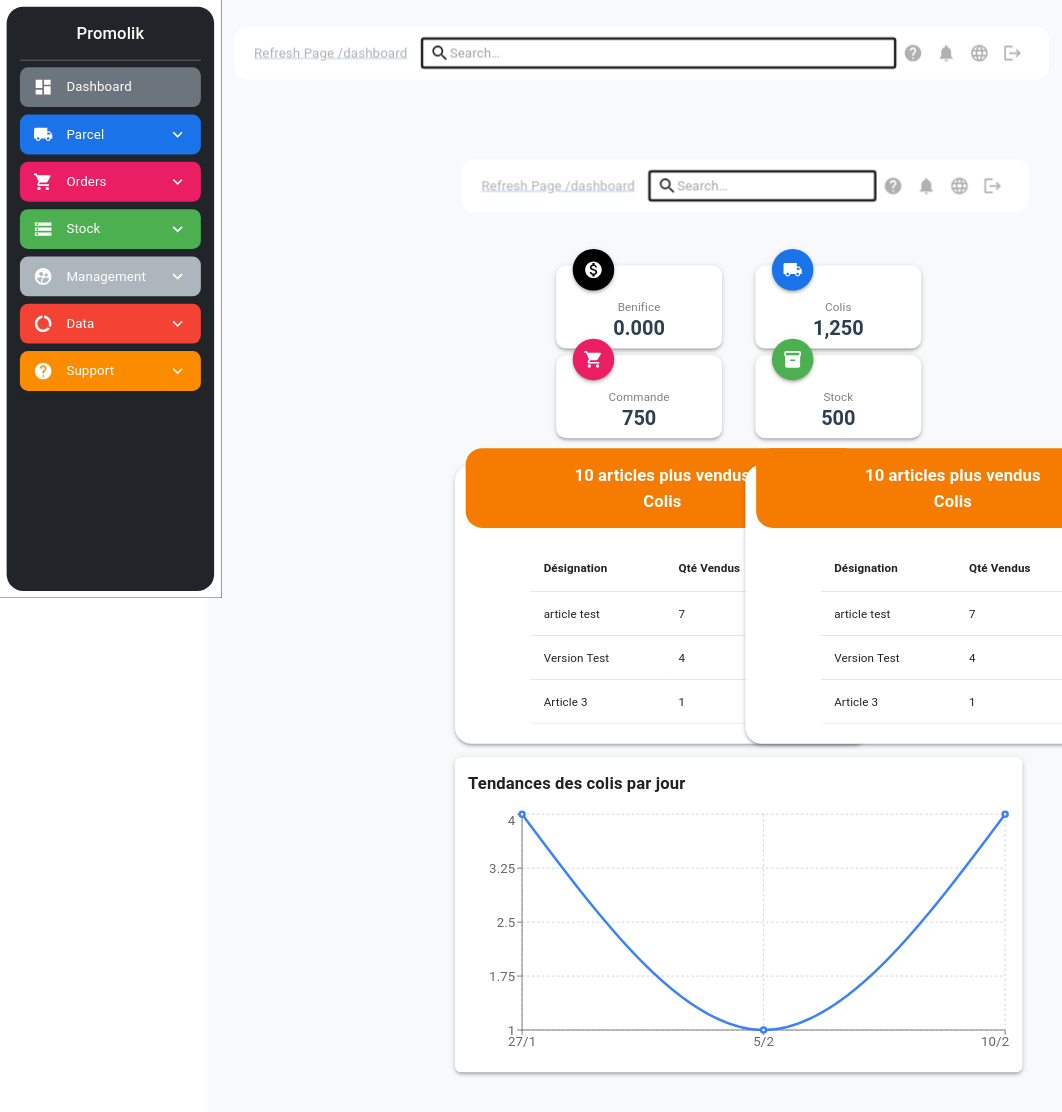
Repository: yosrjdly/stk
Page: /dashboard (app in dashboard/)
The author's editor kept a copy of each file at every save. The page is drawn from the files as they stood at one save, then again after a run of saves.
The browser window is 1280 px wide. The pictures show the whole page, at 83% of full size.
The project was rebuilt for these pictures with package versions that can differ from the ones it lists, and the page was loaded fresh each time. The framework's server and built-in components were replaced by stand-ins that run in the browser. Also part of the build but not shown: dashboard/next.config.ts.

Above is the page before, as saved 2025-02-16 17:07:22.

### dashboard/src/app/dashboard/Layout.tsx
"use client";

import { Box, CssBaseline, Toolbar } from "@mui/material";
import Sidebar from "../../componenets/sidebar/SideBar";
import Navbar from "../../componenets/navbar/Navbar"; // Assuming you have a Navbar component
import { ReactNode } from "react";

interface LayoutProps {
  children: ReactNode;
}

export default function Layout({ children }: LayoutProps) {
  return (
    <Box sx={{ display: "flex" }}>
      <CssBaseline />

      {/* Sidebar (Permanent) */}
      <Sidebar />

      {/* Main Content Area */}
      <Box
        component="main"
        sx={{

          flexGrow: 1,
          p: 3,
          width: `calc(100% - 250px)`, // Adjusting main content width to fit sidebar
          backgroundColor: "#f8f9fa",
          minHeight: "100vh",
        }}
      >
        {/* Navbar */}
        <Navbar />

        {/* Page Content */}
        <Toolbar /> {/* Keeps content from being hidden behind Navbar */}
        {children}
      </Box>
    </Box>
  );
}

### dashboard/src/app/dashboard/page.tsx
import DashboardStats from "@/componenets/cards/smallCard/StatisticCard";
import Layout from "../dashboard/Layout";
import TopSellingCard from "../../componenets/cards/mediumCard/TopSellingCard";
import Chart from "../../componenets/Charts/Chart";
import { Box, Grid } from "@mui/material";

export default function DashboardHome() {
  return (
    <Layout>
      {/* Stats at the top */}
      <Box sx={{ mb: 4 }}>
        <DashboardStats />
      </Box>

      {/* Two TopSellingCards in one row */}
      <Grid container spacing={2} sx={{ mb: 2 }}>
        <Grid item xs={12} md={6}>
          <TopSellingCard />
        </Grid>
        <Grid item xs={12} md={6}>
          <TopSellingCard />
        </Grid>
      </Grid>

      {/* Chart below */}
      <Box>
        <Chart />
      </Box>
    </Layout>
  );
}

### dashboard/src/componenets/sidebar/SideBar.tsx
"use client";

import { useState } from "react";
import { useRouter, usePathname } from "next/navigation";
import {
  Drawer,
  List,
  ListItemButton,
  ListItemText,
  Collapse,
  Divider,
  Typography,
  Box,
  IconButton,
} from "@mui/material";
import { ExpandLess, ExpandMore, Brightness4, Brightness7 } from "@mui/icons-material";
import DashboardIcon from '@mui/icons-material/Dashboard';
import LocalShippingIcon from '@mui/icons-material/LocalShipping';
import ShoppingCartIcon from '@mui/icons-material/ShoppingCart';
import StorageIcon from '@mui/icons-material/Storage';
import SupervisedUserCircleIcon from '@mui/icons-material/SupervisedUserCircle';
import DataUsageIcon from '@mui/icons-material/DataUsage';
import HelpIcon from '@mui/icons-material/Help';

const menuItems = [
  {
    title: "Dashboard",
    path: "/dashboard",
    color: "#6c757d",
    icon: <DashboardIcon />,
  },
  {
    title: "Parcel",
    subItems: [
      { title: "Statistique", path: "/parcel/statistical" },

      { title: "Exchange List", path: "/parcel/exchangeList" },
      { title: "Search", path: "/parcel/search" },

      { title: "Exchange Return", path: "/dashboard/parcel/exchangeReturn" },
      { title: "Exchange Creation", path: "/dashboard/parcel/exchangeCreation" },
      { title: "Package Creation", path: "/dashboard/parcel/packageCreation" },
      { title: "Package Edit", path: "/dashboard/parcel/packageEdit" },
      { title: "Package List", path: "/dashboard/parcel/packageList" },
      { title: "Parcel Return", path: "/dashboard/parcel/parcelReturn" },

    ],
    color: "#1a73e8",
    icon: <LocalShippingIcon />,
  },
  {
    title: "Orders",
    subItems: [
      { title: "Cash Sale", path: "/dashboard/orders/cashSale" },
      { title: "Orders", path: "/dashboard/orders/orders" },
    ],
    color: "#e91e63",
    icon: <ShoppingCartIcon />,
  },
  {
    title: "Stock",
    subItems: [
      { title: "Add Article", path: "/dashboard/stock/addArticle" },
      { title: "Entred Stock", path: "/dashboard/stock/entredStock" },
      { title: "Notification", path: "/dashboard/stock/notification" },
      { title: "Stock", path: "/dashboard/stock/stock" },
    ],
    color: "#4caf50",
    icon: <StorageIcon />,
  },
  {
    title: "Management",
    subItems: [
      { title: "Delivery Company", path: "/manegement/deliveryCompany" },
      { title: "Profile", path: "/dashboard/management/profile" },
      { title: "Profit", path: "/dashboard/management/profit" },
      { title: "Spending", path: "/dashboard/management/spending" },
      { title: "User", path: "/dashboard/management/user" },
    ],
    color: "#adb5bd",
    icon: <SupervisedUserCircleIcon />,
  },
  {
    title: "Data",
    subItems: [
      { title: "Archived Parcel", path: "/dashboard/data/archivedParcel" },
      { title: "Command Deleted", path: "/dashboard/data/commandDeleted" },
      { title: "Deleted Parcel", path: "/dashboard/data/deletedParcel" },
      { title: "Inventory Removed", path: "/dashboard/data/inventoryRemoved" },
    ],
    color: "#f44335",
    icon: <DataUsageIcon />,
  },
  {
    title: "Support",
    subItems: [
      { title: "About Us", path: "/dashboard/support/aboutUs" },
      { title: "Claims", path: "/dashboard/support/claims" },
      { title: "User Guide", path: "/dashboard/support/userGuide" },
    ],
    color: "#fb8c00",
    icon: <HelpIcon />,
  },
];

export default function Sidebar() {
  const router = useRouter();
  const pathname = usePathname();
  const [openSections, setOpenSections] = useState<Record<string, boolean>>({});

  const toggleSection = (title: string) => {
    setOpenSections((prev) => ({
      ...prev,
      [title]: !prev[title],
    }));
  };

  return (
    <Drawer variant="permanent" sx={{ width: 250, flexShrink: 0, marginTop: 2 }}>
      <Box sx={{ height: "100%", width: 250, padding: 2, backgroundColor: "#212529", borderRadius: 5, margin: 1 }}>
        <Typography variant="h6" sx={{ color: "white", textAlign: "center", mb: 2 }}>
          Promolik
        </Typography>
        <Divider sx={{ backgroundColor: "#6c757d" }} />
        <List>
          {menuItems.map((item, index) => {
            const isParentActive = item.subItems?.some((subItem) => pathname === subItem.path);

            return (
              <div key={index}>
                {item.subItems ? (
                  <>
                    <ListItemButton
                      sx={{
                        backgroundColor: item.color,
                        borderRadius: "10px",
                        marginBottom: 1,
                        color: "white",
                      }}
                      onClick={() => toggleSection(item.title)}
                    >
                      {item.icon}
                      <ListItemText primary={item.title} sx={{ ml: 2 }} />
                      {openSections[item.title] ? <ExpandLess /> : <ExpandMore />}
                    </ListItemButton>
                    <Collapse in={openSections[item.title]} timeout="auto" unmountOnExit>
                      <List component="div" disablePadding>
                        {item.subItems.map((subItem, subIndex) => (
                          <ListItemButton
                            key={subIndex}
                            sx={{
                              pl: 4,
                              backgroundColor: pathname === subItem.path ? item.color : "transparent",
                              borderRadius: pathname === subItem.path ? "10px" : "0px",
                              marginBottom: 1,
                              color: pathname === subItem.path ? "white" : "#ccc",
                            }}
                            onClick={() => router.push(subItem.path)}
                          >
                            <ListItemText primary={subItem.title} />
                          </ListItemButton>
                        ))}
                      </List>
                    </Collapse>
                  </>
                ) : (
                  <ListItemButton
                    sx={{
                      backgroundColor: pathname === item.path ? item.color : "transparent",
                      borderRadius: pathname === item.path ? "10px" : "0px",
                      marginBottom: 1,
                      color: pathname === item.path ? "white" : "#ccc",
                    }}
                    onClick={() => router.push(item.path)}
                  >
                    {item.icon}
                    <ListItemText primary={item.title} sx={{ ml: 2 }} />
                  </ListItemButton>
                )}
                <Divider />
              </div>
            );
          })}
        </List>
      </Box>
    </Drawer>
  );
}

### dashboard/src/componenets/navbar/Navbar.tsx
'use client';

import React, { useState, useEffect } from 'react';
import { AppBar, Toolbar, IconButton, InputBase, Menu, MenuItem, Link } from '@mui/material';
import { Search as SearchIcon, Help as HelpIcon, Notifications as NotificationsIcon, Language as LanguageIcon, Logout as LogoutIcon } from '@mui/icons-material';
import { useRouter,usePathname } from 'next/navigation';

const Navbar = () => {
  const [anchorEl, setAnchorEl] = useState(null);
  const [isClient, setIsClient] = useState(false);
    const pathname = usePathname();
    console.log("pathname",pathname)
   // state to ensure client-side execution
  const router = useRouter();
  console.log("router ",router) // Use `useRouter` directly

  useEffect(() => {
    // Ensure that we're on the client side by checking for window
    setIsClient(true);
  }, []);

  const handleMenuOpen = (event) => {
    setAnchorEl(event.currentTarget);
  };

  const handleMenuClose = () => {
    setAnchorEl(null);
  };

  const handleRefresh = () => {
    window.location.reload();
  };

  if (!isClient) {
    return null; // return null while waiting for the client-side execution
  }

  return (
    <AppBar
      position="sticky"
      sx={{
        mx: 1,
        mt: 1,
        borderRadius: '16px',
        boxShadow: 'none',
        backdropFilter: 'blur(10px)',
        zIndex: 1200,
        backgroundColor: '#ffff',
      }}
    >
      <Toolbar>
        {/* Refresh Link and Current Route */}
        <Link
          component="button"
          sx={{ color: '#B0B0B0', marginRight: '16px' }}
          onClick={handleRefresh}
        >
          Refresh Page {pathname}
          {console.log(router)}
        </Link>

        {/* Search Bar */}
        <InputBase
          placeholder="Search…"
          startAdornment={<SearchIcon />}
          sx={{ flexGrow: 1,border:'solid ', borderRadius: '4px', paddingLeft: '8px' }}
        />

        {/* Help Icon */}
        <IconButton color="inherit" onClick={handleMenuOpen} sx={{ color: '#B0B0B0' }}>
          <HelpIcon />
        </IconButton>

        {/* Notifications Icon */}
        <IconButton color="inherit" sx={{ color: '#B0B0B0' }}>
          <NotificationsIcon />
        </IconButton>

        {/* Language Icon */}
        <IconButton color="inherit" sx={{ color: '#B0B0B0' }}>
          <LanguageIcon />
        </IconButton>

        {/* Logout Icon */}
        <IconButton color="inherit" sx={{ color: '#B0B0B0' }}>
          <LogoutIcon />
        </IconButton>
      </Toolbar>

      {/* Help Icon Menu */}
      <Menu
        anchorEl={anchorEl}
        open={Boolean(anchorEl)}
        onClose={handleMenuClose}
      >
        <MenuItem onClick={handleMenuClose}>Help Center</MenuItem>
        <MenuItem onClick={handleMenuClose}>Contact Support</MenuItem>
      </Menu>
    </AppBar>
  );
};

export default Navbar;

### dashboard/src/componenets/cards/smallCard/StatisticCard.tsx
'use client';

import React from 'react';
import { Card, CardContent, Typography, Box } from '@mui/material';
import MonetizationOnIcon from '@mui/icons-material/MonetizationOn';
import LocalShippingIcon from '@mui/icons-material/LocalShipping';
import ShoppingCartIcon from '@mui/icons-material/ShoppingCart';
import InventoryIcon from '@mui/icons-material/Inventory';

const StatisticCard = ({
  title,
  value,
  icon,
  bgColor,
}: {
  title: string;
  value: string;
  icon: React.ReactNode;
  bgColor: string;
}) => {
  return (
    <Box sx={{ position: 'relative', display: 'inline-block', mx: 2 }}>
      {/* Floating Icon */}
      <Box
        sx={{
          position: 'absolute',
          top: -20,
          left: 20,
          width: 50,
          height: 50,
          borderRadius: '50%',
          backgroundColor: bgColor,
          display: 'flex',
          alignItems: 'center',
          justifyContent: 'center',
          boxShadow: 3,
        }}
      >
        {icon}
      </Box>

      {/* Card */}
      <Card
        sx={{
          width: 200,
          height: 100,
          borderRadius: 3,
          textAlign: 'center',
          boxShadow: 3,
          backgroundColor: 'white',
          pt: 3,
        }}
      >
        <CardContent>
          <Typography variant="body2" sx={{ color: 'gray' }}>
            {title}
          </Typography>
          <Typography variant="h5" sx={{ fontWeight: 'bold', color: '#2D3E50' }}>
            {value}
          </Typography>
        </CardContent>
      </Card>
    </Box>
  );
};

const DashboardStats = () => {
  const stats = [
    { title: 'Benifice', value: '0.000', icon: <MonetizationOnIcon sx={{ color: 'white' }} />, bgColor: 'black' },
    { title: 'Colis', value: '1,250', icon: <LocalShippingIcon sx={{ color: 'white' }} />, bgColor: '#1a73e8' },
    { title: 'Commande', value: '750', icon: <ShoppingCartIcon sx={{ color: 'white' }} />, bgColor: '#e91e63' },
    { title: 'Stock', value: '500', icon: <InventoryIcon sx={{ color: 'white' }} />, bgColor: '#4caf50' },
  ];

  return (
    <Box display="flex" justifyContent="center" gap={1} flexWrap="wrap" mt={0}>
      {stats.map((stat, index) => (
        <StatisticCard key={index} title={stat.title} value={stat.value} icon={stat.icon} bgColor={stat.bgColor} />
      ))}
    </Box>
  );
};

export default DashboardStats;

### dashboard/src/componenets/cards/mediumCard/TopSellingCard.tsx
"use client";

import { Card, CardContent, Typography, Table, TableBody, TableCell, TableContainer, TableHead, TableRow, Paper, Box } from "@mui/material";

const data = [
  { name: "article test", quantity: 7 },
  { name: "Version Test", quantity: 4 },
  { name: "Article 3", quantity: 1 },
];

const TopSellingCard = () => {
  return (
    <Card sx={{ width: 500, borderRadius: 5, boxShadow: 3, overflow: "visible", display: "flex", flexDirection: "column", alignItems: "center", justifyContent: "center", position: "relative" }}>
      <CardContent sx={{ backgroundColor: "#f57c00", color: "white", textAlign: "center", padding: 2, width: 475, position: "absolute", top: -20,borderRadius: 5 }}>
        <Typography variant="h6" fontWeight="bold">
          10 articles plus vendus
        </Typography>
        <Typography variant="h6" fontWeight="bold">
          Colis
        </Typography>
      </CardContent>
      <CardContent sx={{ width: 350, marginTop: 10 }}>
        <TableContainer component={Paper} elevation={0} sx={{ boxShadow: "none" }}>
          <Table>
            <TableHead>
              <TableRow>
                <TableCell sx={{ fontWeight: "bold" }}>Désignation</TableCell>
                <TableCell sx={{ fontWeight: "bold" }}>Qté Vendus</TableCell>
              </TableRow>
            </TableHead>
            <TableBody>
              {data.map((item, index) => (
                <TableRow key={index}>
                  <TableCell>{item.name}</TableCell>
                  <TableCell>{item.quantity}</TableCell>
                </TableRow>
              ))}
            </TableBody>
          </Table>
        </TableContainer>
      </CardContent>
    </Card>
  );
};

export default TopSellingCard;

### dashboard/src/componenets/Charts/Chart.tsx
"use client";

import { Card, CardContent, Typography } from "@mui/material";
import { LineChart, Line, XAxis, YAxis, CartesianGrid, Tooltip, ResponsiveContainer } from "recharts";

const data = [
  { date: "27/1", value: 4 },
  { date: "5/2", value: 1 },
  { date: "10/2", value: 4 },
];

const Chart = () => {
  return (
    <Card sx={{ width: "100%", borderRadius: 2, boxShadow: 3, padding: 2 }}>
      <Typography variant="h6" fontWeight="bold" sx={{ marginBottom: 2 }}>
        Tendances des colis par jour
      </Typography>
      <ResponsiveContainer width="100%" height={300}>
        <LineChart data={data}>
          <CartesianGrid strokeDasharray="3 3" />
          <XAxis dataKey="date" />
          <YAxis domain={[1, 4]} />
          <Tooltip />
          <Line type="monotone" dataKey="value" stroke="#3b82f6" strokeWidth={3} />
        </LineChart>
      </ResponsiveContainer>
    </Card>
  );
};

export default Chart;

Loaded but not shown: dashboard/src/app/layout.tsx (common file); dashboard/src/app/globals.css (common file)

After the next 2 saves:
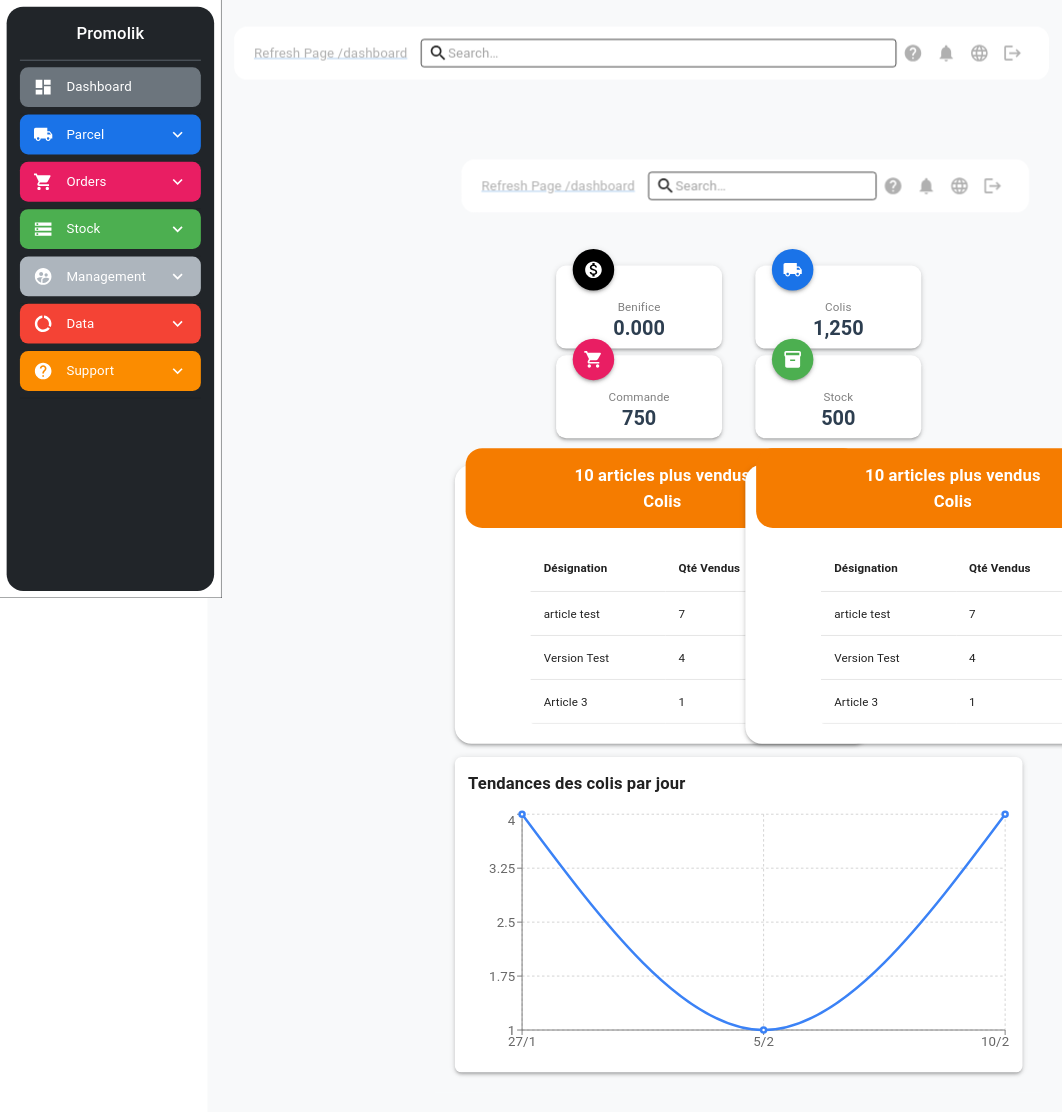
The 2 saves are shown as one change because they came seconds apart.
The last was saved 5 s later.
--- a/dashboard/src/componenets/navbar/Navbar.tsx
+++ b/dashboard/src/componenets/navbar/Navbar.tsx
@@ -63,7 +63,7 @@ const Navbar = () => {
         <InputBase
           placeholder="Search…"
           startAdornment={<SearchIcon />}
-          sx={{ flexGrow: 1,border:'solid ', borderRadius: '4px', paddingLeft: '8px' }}
+          sx={{ flexGrow: 1,border:'0.5px solid ', borderRadius: '4px', paddingLeft: '8px' }}
         />
 
         {/* Help Icon */}
